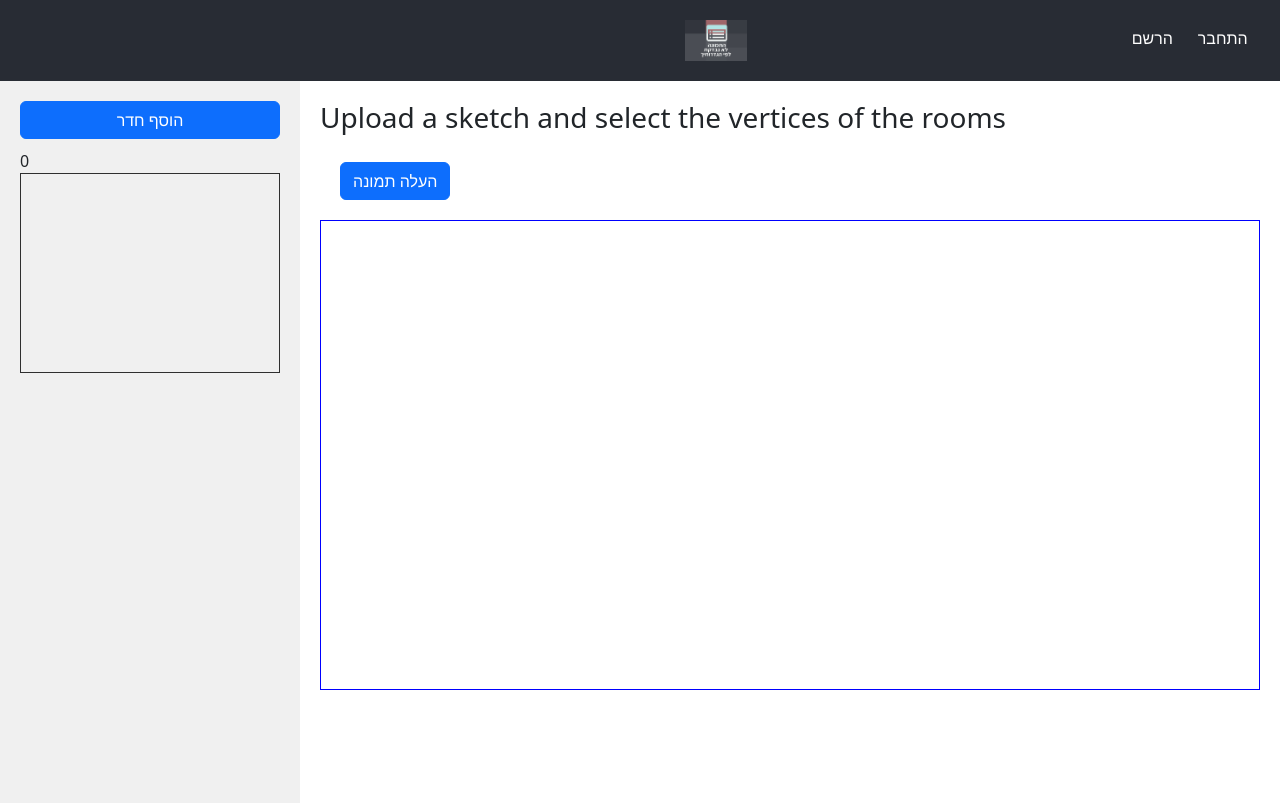
Repository: TamarHolzer/TamarHolzer-security_camera_project_client
Page: /optimal-coordinates
The author's editor kept a copy of each file at every save. The page is drawn from the files as they stood at one save, then again after the next save.
The browser window is 1280 px wide. The pictures show the whole page.
The page's requests for data from a server got no answer. The project was rebuilt for these pictures with package versions that can differ from the ones it lists, and the page was loaded fresh each time. No one was signed in, and anything a server would have sent is missing. Also part of the build but not shown: src/components/Login.js, src/pages/Home.js, src/components/ShowPlan.js, src/components/HistpryPlanning.js.

Above is the page before, as saved 2024-07-05 01:53:35.

### src/App.js
import './App.css';
import Header from './components/Header'
import Login from './components/Login';
import { BrowserRouter } from "react-router-dom";
import Home from './pages/Home';
import { Routes, Route } from "react-router-dom";
import Xy_click from './components/Xy_click';
import HistoryPlanning from './components/HistpryPlanning';


function App() {
  return (
    <BrowserRouter>
      <div className="App">
        <Header />

      </div>
      <Routes>
        <Route path="/login" element={<Login />} />
        <Route path="/sign-up" element={<Login />} />
        <Route path="/optimal-coordinates" element={<Xy_click />} />
        <Route path="/history-planning" element={<HistoryPlanning />} />
        <Route path="*" element={<Home />} />
      </Routes>
    </BrowserRouter>
  );
}

export default App;

### src/App.css
.App {
  text-align: center;
}

.App-logo {
  height: 40vmin;
  pointer-events: none;
}

@media (prefers-reduced-motion: no-preference) {
  .App-logo {
    animation: App-logo-spin infinite 20s linear;
  }
}

.App-header {
  background-color: #282c34;
  min-height: 100vh;
  display: flex;
  flex-direction: column;
  align-items: center;
  justify-content: center;
  font-size: calc(10px + 2vmin);
  color: white;
}

.App-link {
  color: #61dafb;
}

@keyframes App-logo-spin {
  from {
    transform: rotate(0deg);
  }
  to {
    transform: rotate(360deg);
  }
}

/*
.image-container {
  display: inline-block;
  position: relative;
}

.clickable-image {
  max-width: 100%;
  height: auto;
  cursor: pointer;
} */

### src/components/Header.js
import React from 'react';
import '../css/Header.css';
import logo from '../pics/ללוגו-removebg-preview.png'
import { Link } from 'react-router-dom';

const Header = () => {
  return (

    <header className="header">
      <nav>
        <Link to="/">
          <img src={logo} width="5%" alt="My Website Logo" className="logo" />
        </Link>
        {!sessionStorage.getItem('user') && <>
          <Link className='linkHeader' to="/login">התחבר</Link>
          <Link className='linkHeader' to="/sign-up">הרשם</Link></>}
        {sessionStorage.getItem('user')&&<>
        <Link className='linkHeader' to="/optimal-coordinates">תכנון מצלמות</Link>
        <Link className='linkHeader' to="/history-planning">הסטוריית תכנונים</Link>
        </>}
      </nav>
    </header>
  );
};

export default Header;

### src/components/Xy_click.js

import React, { useEffect, useState } from "react";
import "../css/points.css";
import axios from "axios";
import UploadImage from "./UploadImage";
import { Button } from "react-bootstrap";
import "bootstrap/dist/css/bootstrap.min.css";
import { FaRegTrashAlt } from "react-icons/fa";
import { json } from "react-router-dom";

function Xy_click() {
  const [coordinates, setCoordinates] = useState([]);
  const [rooms, setRooms] = useState([]);
  const [uploadImage, setUploadImage] = useState(false);
  const [imageURL, setImageURL] = useState(null);

  const handleImageClick = (x, y) => {
    setCoordinates([...coordinates, { x, y }]);
  };

  useEffect(() => {
//   alert(`משתמש יקר!\n
// עליך להעלות שרטוט אדריכלי של הבית בו אתה מעוניין להתקין מצלמות אבטחה.\n
// עם העכבר עליך לסמן בכל חדר את הקודקודים שלו,\n
// במידה ואתה מעוניין למחוק קודקוד, תוכל להקיש על סימן ה"אשפה" ברשימת הקודקודים שבתחתית הדף\n
// לאחר כל חדר יש להקיש על "הוסף חדר"\n
// בסיום-לחץ על הכפתור "שלח"`);
},[])
  const sendList = () => {
    setUploadImage(true);
    // Calculate the ratio
    const x1 = 658;
    const x2 = 369;
    const deltaX = Math.abs(x1 - x2);
    const ratio = 6.10 / deltaX; // meters per pixel

    // Convert coordinates to meters
    const convertToMeters = (points, ratio) => {
      return points.map(point => ({
        x: point.x * ratio,
        y: point.y * ratio
      }));
    };

    const roomsInMeters = rooms.map(room => convertToMeters(room, ratio));

    axios
      .post("http://127.0.0.1:5000/cover_apartment_by_cameras", {
        userId: sessionStorage.getItem("userId") || 1,
        rooms: rooms,
        imageURL: imageURL,
      })
      .then((res) => {
        console.log(res.data);
        setCoordinates(res.data.optimalCoordinates);

      })
      .catch((err) => {
        console.log(err);
      });
  };

  const addRoom = () => {
    setRooms([...rooms, coordinates]);
    setCoordinates([]); // Reset coordinates
  };

  const removePoint = (i) => {
    const newCoordinates = coordinates.filter((_, index) => index !== i);
    setCoordinates(newCoordinates);
  };
  const removeRoom = (i) => {
    const newRooms = rooms.filter((_, index) => index !== i);
    setRooms(newRooms);
  };

  return (
    <div className="page-wrapper">
      <div className="sidebar">
        <Button as="a" variant="primary" onClick={addRoom}>
          הוסף חדר
        </Button>
        {rooms.length && (
          <Button className="buttons" as="a" variant="primary" onClick={sendList}>
            שלח
          </Button>
        )}
        <div className="cordinates-wrapper">
          {coordinates.length > 0 && (
            <div id="coordinates">
              <h3>Coordinates:</h3>
              <ul>
                {coordinates.map((coord, index) => (
                  <li key={index} onClick={() => removePoint(index)}>
                    X: {coord.x}, Y: {coord.y}
                    <FaRegTrashAlt />
                  </li>
                ))}
              </ul>
            </div>
          )}
        </div>
        <div className="room-wrapper">
          <ul>
            {Object.keys(rooms).map((key,index) => (
              <li key={key}>
                <strong>Room num: {key}: </strong>
                <span className="trash-room" onClick={() => removeRoom(index)}><FaRegTrashAlt /></span>
                {typeof rooms[key] === 'object' ? JSON.stringify(rooms[key]) : rooms[key]}

              </li>
            ))}
          </ul>
        </div>

      </div>
      <div className="page-content">
      <h3>Upload a sketch and select the vertices of the rooms</h3>
      <div>
        <UploadImage
          saveClick={handleImageClick}
          coordinates={coordinates}
          uploadImage={uploadImage}
          setImageURL={setImageURL}
        />

      </div>


      </div>

    </div>
  );
}

export default Xy_click;

### src/css/Header.css
.header {
    background-color: #282c34;
    padding: 20px;
    color: white;
        text-align: right;
  }

  .header nav ul {
    list-style: none;
    padding: 0;
  }

  .header nav ul li {
    display: inline;
    margin: 0 10px;

  }

  .header nav ul li a .linkHeader{
    color: white;
    text-decoration: none;
  }
  .linkHeader{
    color: white;
      text-decoration: none;
      padding: 1%;
  }
  .linkHeader:hover{
    text-decoration: overline !important;
    color: red;
  }

.logo{
  margin-right: 30%;
}

### src/css/inputs.css
 .formInput{
    background-color: black;
    height: 100%;
    width: 60%;
    padding: 15%;
    opacity: 0.5;
    color: aliceblue
 }

 .bodyLogin{
    background-image: url("https://img.freepik.com/premium-photo/cctv-tool-twilight-sky-backgroundequipment-security-systems_1048944-29063872.jpg?w=740");

        /* Full height */
        height: 100%;

        /* Center and scale the image nicely */
        background-position: top;
        background-repeat: no-repeat;
        background-size: cover;
 }
 .homeImg {
    vertical-align: middle;
    width: 100%;
    height: 100%;
    position: relative;
    overflow: hidden;
    position: fixed;
 }
 .card{
   margin: 1%;
 }

 .img{
   padding: 0%;
 }

### src/css/points.css

 body,
 html,
 .App,
 .image-container,
 img {
     margin: 0;
     padding: 0;
 }
.img{
    pointer-events: none;
    width: 100%;
        height: 100%;
}
 .container {
     width: 100%;
     height: 100%;
     display: flex;
     flex-direction: column;
     justify-content: center;
     align-items: center;
 }

 .img-wrapper {
    position: relative;
    width: 100%;
    height: calc(100vh - 250px);
    border: 1px solid blue;
 }
 .ClickableSVG {
    width: 100%;
    height: 100%;
    object-fit:  cover;
    object-position: center;
 }

 .trash-room{
    float:  right;
    cursor: pointer;
 }
 .cordinates-wrapper{
    height: 200px;
    padding: 10px;
    overflow: auto;
    border: 1px solid #2f2f2f;
    margin-bottom: 10px;
 }

 .room-wrapper{
    height: 400px;
    max-height: calc(100vh -450px);
    overflow: auto;
 }

 .ClickableSVG circle {
     fill: red;
     stroke: black;
     stroke-width: 1;
 }
 .buttons{
    margin: 2px;
    background-color: red;
 }
.page-wrapper{
    display: flex;

}
.sidebar{
    min-width: 25vh;
    max-width: 300px;
    flex-grow: 1;
    flex-basis: 220px;
    background-color: #f0f0f0;
    padding: 20px;
}
.sidebar .btn{
    width: 100%;
    /* padding: 10px; */
    margin-bottom: 10px;
}
.page-content{
    flex-grow: 2;
    padding: 20px;
}

### src/components/UploadImage.js
import React, { useState, useEffect } from "react";
import "../css/points.css";
import uploadImageToStorage from "../firebase/uploadImageToStorage";

function UploadImage(props) {
  const { coordinates } = props;
  const [image, setImage] = useState(null);
  const [imageFile, setImageFile] = useState(null);
  const [circles, setCircles] = useState([]);

  const getClickCoords = (event) => {
    const rect = event.target.getBoundingClientRect();
    const x = event.clientX - rect.left;
    const y = event.clientY - rect.top;
    props.saveClick(x, y);
    return [x, y];
  };

  useEffect(() => {
    const newCircles = coordinates.map((coord, index) => (
      <circle
        key={index}
        cx={coord.x}
        cy={coord.y}
        r="5"
        stroke="black"
        strokeWidth="1"
        fill="red"
      />
    ));
    setCircles(newCircles);
  }, [coordinates]);

  const handleImageUpload = (event) => {
    const file = event.target.files[0];
    const reader = new FileReader();

    reader.onloadend = () => {
      setImage(reader.result);
      setImageFile(file);
    };

    if (file) {
      reader.readAsDataURL(file);
    }
  };

  useEffect(() => {
    if (props.uploadImage) {
      props.setImageURL(uploadImageToStorage(imageFile));
    }
  }, [props.uploadImage]);

  return (
    <div>
    <div>
      <input
        id="fileInput"
        type="file"
        accept="image/*"
        onChange={handleImageUpload}
        style={{ display: "none" }}
      />
      <button
        className="btn btn-primary"
        onClick={() => document.getElementById("fileInput").click()}
        style={{ margin: "20px", right: "3px" }}
      >
        העלה תמונה
      </button>

    </div>
    <div className="img-wrapper">
           <svg
        onClick={(event) => {
          const [x, y] = getClickCoords(event);
          props.saveClick(x, y);
        }}
        className="ClickableSVG"
      >
        <image
          href={image}
          width="100%"
          height="100%"
          className="img"

        />
        {circles}
      </svg>
    </div>
  </div>
  );
}

export default UploadImage;

### src/firebase/uploadImageToStorage.js

import { storage } from "./settingFirebase";
import {ref, uploadBytes, getDownloadURL } from "firebase/storage";

export default function uploadImageToStorage(imageFile){
  if (imageFile) {
    const storageRef = ref(storage, `images/${imageFile.name}`);
    uploadBytes(storageRef, imageFile).then((snapshot) => {
      getDownloadURL(snapshot.ref).then((url) => {
        console.log(url);
        /**Send the URL's image to Xy_click for save in the DB */
        return url;
      }).catch(err=>console.log(err));
    });
  }
};

### src/firebase/settingFirebase.js
// Import the functions you need from the SDKs you need
import { initializeApp } from "firebase/app";
import { getAnalytics } from "firebase/analytics";
import { getStorage } from "firebase/storage";
// TODO: Add SDKs for Firebase products that you want to use
// https://firebase.google.com/docs/web/setup#available-libraries

// Your web app's Firebase configuration
// For Firebase JS SDK v7.20.0 and later, measurementId is optional
const firebaseConfig = {
  apiKey: "AIzaSyDUx2X5aZ5ZWY28Ja9fD8S8KJ2ccwbMSps",
  authDomain: "security-camera-project-14bd8.firebaseapp.com",
  projectId: "security-camera-project-14bd8",
  storageBucket: "security-camera-project-14bd8.appspot.com",
  messagingSenderId: "678601442014",
  appId: "1:678601442014:web:e666af81d2a323c315384f",
  measurementId: "G-F39ZQS0G7P",
};

// Initialize Firebase
const app = initializeApp(firebaseConfig);
const analytics = getAnalytics(app);
export const storage = getStorage(app);

Loaded but not shown: public/index.html (common file); src/index.js (common file); src/index.css (common file); src/reportWebVitals.js (common file)

After the next save:
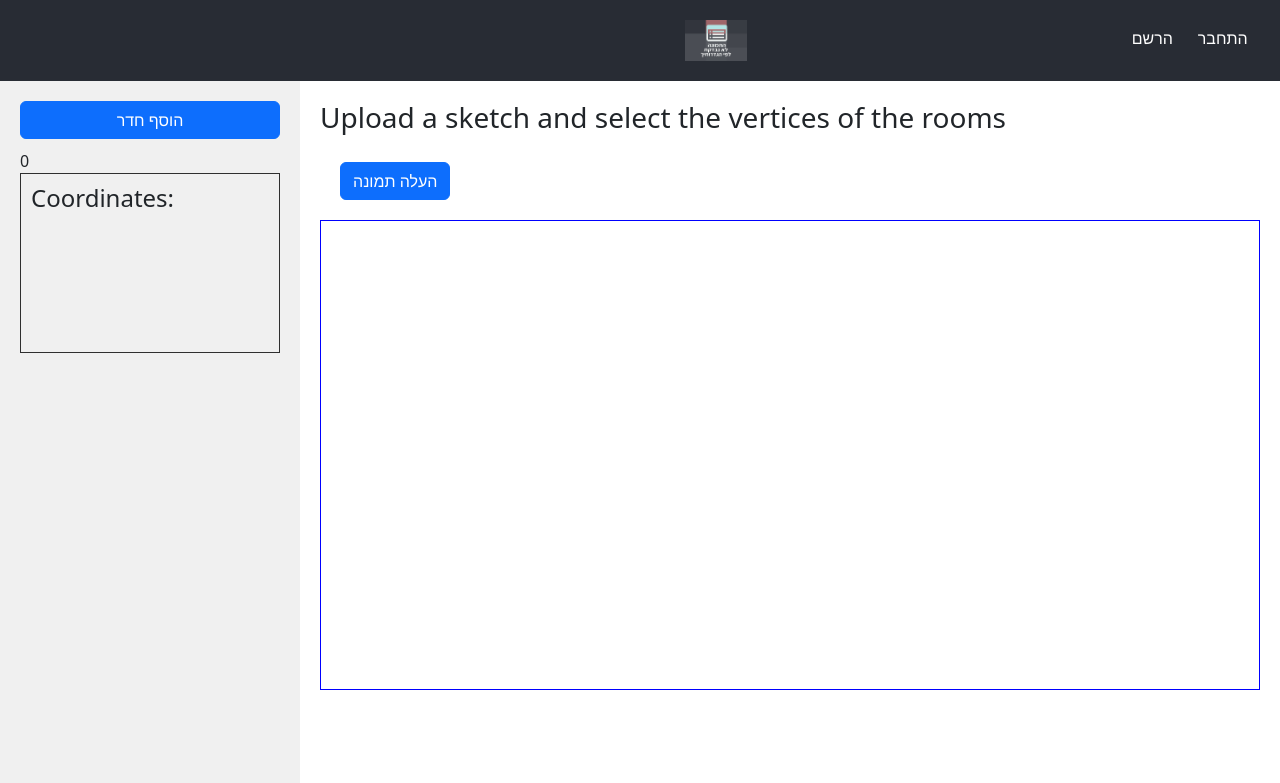
Saved 58 s later.
--- a/src/components/Xy_click.js
+++ b/src/components/Xy_click.js
@@ -86,9 +86,9 @@ function Xy_click() {
           </Button>
         )}
         <div className="cordinates-wrapper">
+          <h4>Coordinates:</h4>
           {coordinates.length > 0 && (
             <div id="coordinates">
-              <h3>Coordinates:</h3>
               <ul>
                 {coordinates.map((coord, index) => (
                   <li key={index} onClick={() => removePoint(index)}>
--- a/src/css/points.css
+++ b/src/css/points.css
@@ -39,7 +39,7 @@
     cursor: pointer;
  }
  .cordinates-wrapper{
-    height: 200px;
+    height: 180px;
     padding: 10px;
     overflow: auto;
     border: 1px solid #2f2f2f;
